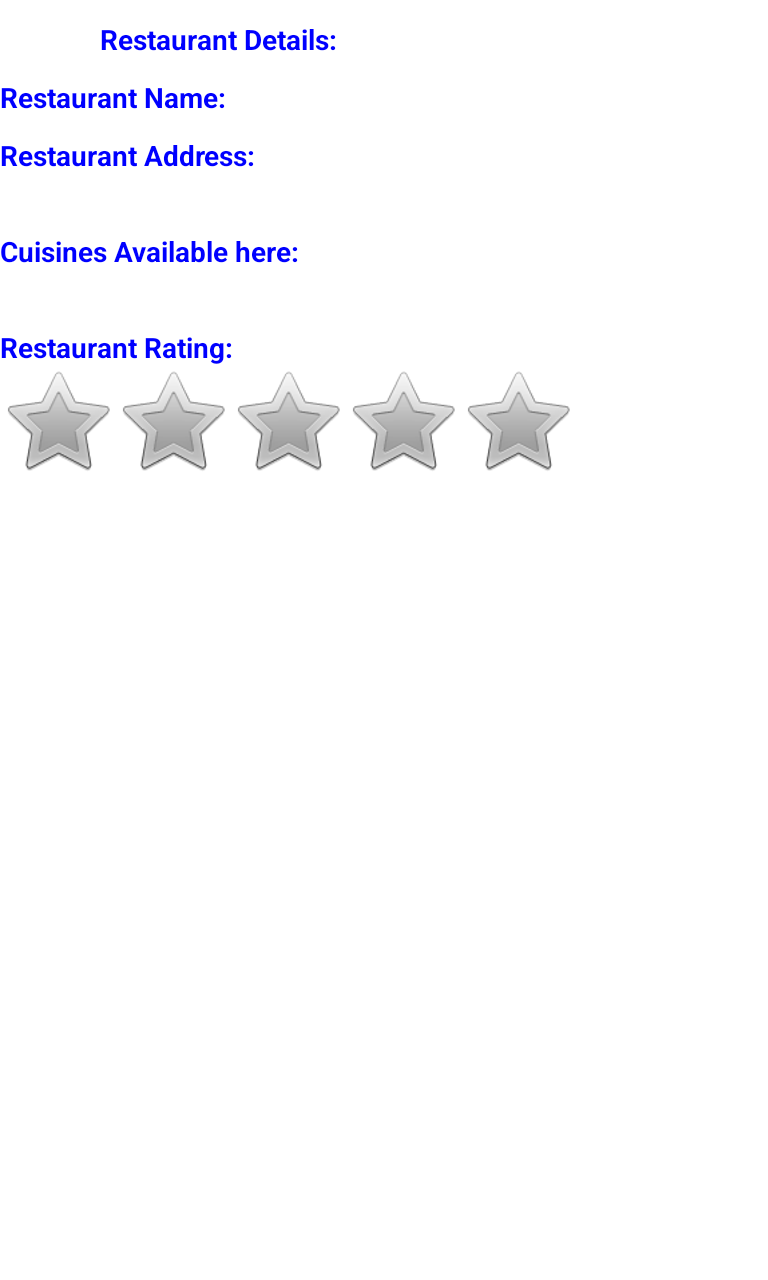
Repository: Mihir-Webonise/AllAndroidAssignments
Layout: ZomatoAssignment/res/layout/restaurantdetails.xml
These files come from the project's save history. The layout is drawn as it stood at one moment and after the next save; the edit follows.
It is drawn on a 768 x 1280 px phone screen (xhdpi) without system bars, with theme android:Theme; the app's code is not run.

Above is the layout before, as saved 2012-06-29 13:18:09.

After the next save:
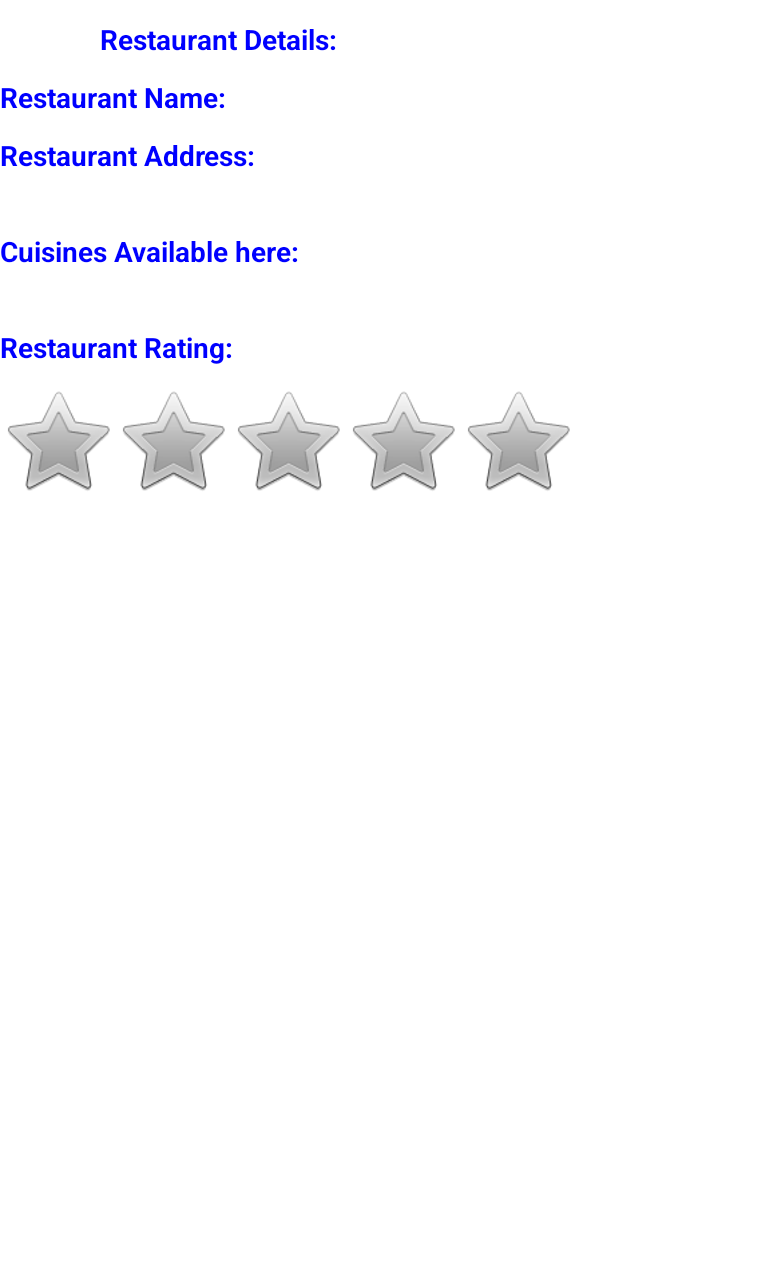
Saved 12 s later.
--- a/ZomatoAssignment/res/layout/restaurantdetails.xml
+++ b/ZomatoAssignment/res/layout/restaurantdetails.xml
@@ -100,6 +100,7 @@
         android:id="@+id/restaurantRatingBar"
         android:layout_width="wrap_content"
         android:layout_height="wrap_content"
+        android:layout_marginTop="10dp"
         android:numStars="5"
         android:stepSize="1.0" />
 
